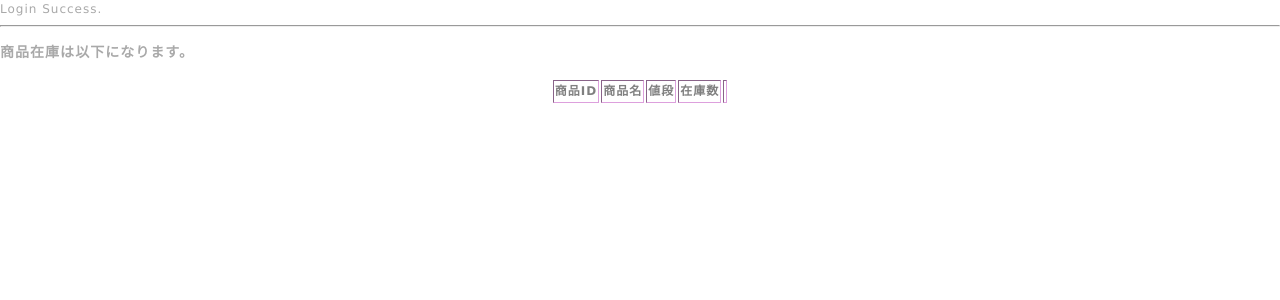
Repository: sachiyuki/java
Page: http://localhost/AdminLogin/adminpage.jsp
An editor plug-in stored every save of this project. The page is shown before and after the next save, followed by the edit.
The browser window is 1280 px wide. The pictures show the whole page.
The page is served by Tomcat 9. Other server files are loaded and not shown.

Above is the page before, as saved 2018-03-05 10:30:52.

### AdminLogin/WebContent/adminpage.jsp
<%@ page language="java" contentType="text/html; charset=UTF-8"
    pageEncoding="UTF-8"%>
<%@ taglib prefix="s" uri="/struts-tags" %>
<!DOCTYPE html PUBLIC "-//W3C//DTD HTML 4.01 Transitional//EN" "http://www.w3.org/TR/html4/loose.dtd">
<html>
<head>
<meta http-equiv="Content-Type" content="text/html; charset=UTF-8">
<title>Insert title here</title>
<style type="text/css">

body{
	margin: 0;
	padding: 0;
	line-height:1.6;
	letter-spacing:1px;
	font-family: Verdana, Helvetica, sans-serif;
	font-size: 12px;
	color: darkgray;
	background:#fff;
}

table{
	text-align:center;
	margin: 0 auto;
	border:1px plum;

}

form{
	border: 0.5px thistle;
	color:gray;
}

</style>
</head>
<body>

Login Success.

<hr>

<h3>商品在庫は以下になります。</h3>

<s:form>

<table border="1">
<tr>
	<th>商品ID</th>
	<th>商品名</th>
	<th>値段</th>
	<th>在庫数</th>
	<th></th>
</tr>
<s:iterator value="itemList">
<tr>
	<td><s:property value="id"/></td>
	<td><s:property value="itemName"/></td>
	<td><s:property value="itemPrice"/></td>
	<td><s:property value="itemStock"/></td>
	<td>
	<s:form action="itemAction">
		<input type="hidden" name="itemId" value='<s:property value="id"/>'/>
		<s:submit value="編集" method="edit"/>
	</s:form>
	</td>
</tr>
</s:iterator>
</table>
</s:form>


</body>
</html>

After the next save:
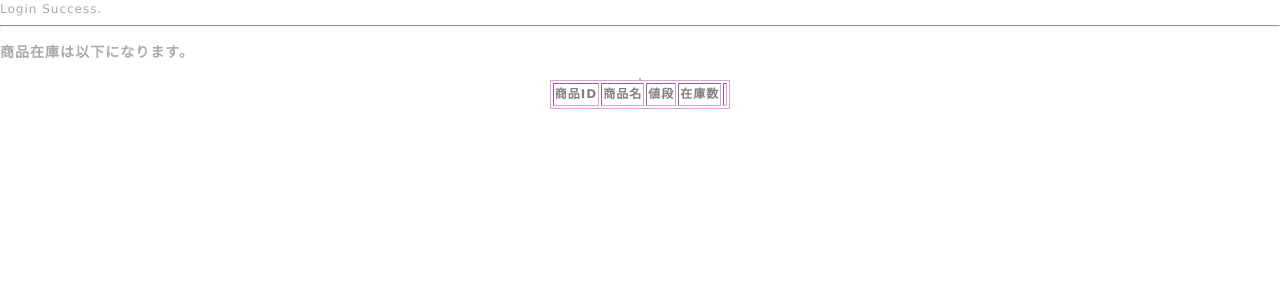
Saved 30 s later.
--- a/AdminLogin/WebContent/adminpage.jsp
+++ b/AdminLogin/WebContent/adminpage.jsp
@@ -22,7 +22,7 @@ body{
 table{
 	text-align:center;
 	margin: 0 auto;
-	border:1px plum;
+	border:0.5px solid plum;
 
 }
 
